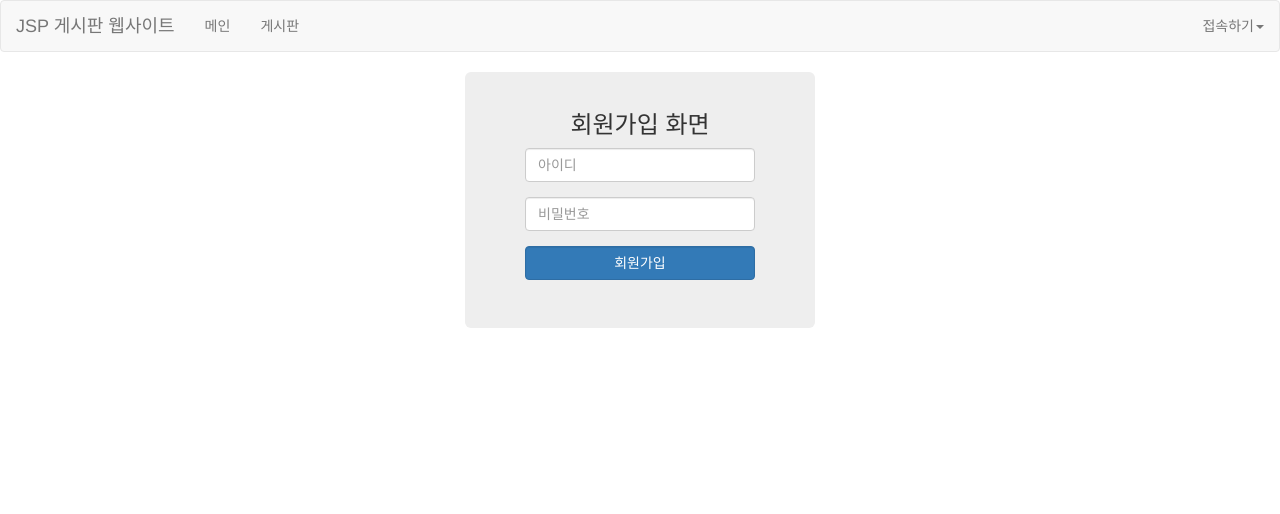
Repository: Minsu9130/JSP-
Page: http://localhost/BBS/join.jsp
An editor plug-in stored every save of this project. The page is shown before and after the next save, followed by the edit.
The browser window is 1280 px wide. The pictures show the whole page.
Some web libraries are served in a nearby version. The page is served by Tomcat 9. Other server files are loaded and not shown.

Above is the page before, as saved 2021-07-05 13:21:49.

### BBS/WebContent/join.jsp
<%@ page language="java" contentType="text/html; charset=UTF-8"
    pageEncoding="UTF-8"%>
<!DOCTYPE html>
<html>
<head>
<meta charset="UTF-8">
<meta name="viewport" content="width=device-width",initial-scale="1">
<link rel="stylesheet" href="css/bootstrap.css">
<title>JSP 게시판 웹 사이트</title>
</head>
<body>
	<nav class="navbar navbar-default">
		<div class="navbar-header">
			<button type="button" class="navbar-toggle collapsed" data-toggle="collapse"
				data-target="#bs-example-navbar-collapse-1" aria-expanded="false">
				<span class="icon-bar"></span>
				<span class="icon-bar"></span>
				<span class="icon-bar"></span>
			</button>
			<a class="navbar-brand" href="main.jsp">JSP 게시판 웹사이트</a>
		</div>
		<div class="collapse navbar-collapse" id="bs-example-navbar-collapse-1">
			<ul class="nav navbar-nav">
				<li><a href="main.jsp">메인</a></li>
				<li><a href="bbs.jsp">게시판</a></li>
			</ul>
			<ul class="nav navbar-nav navbar-right">
				<li class="dropdown">
					<a href="#" class="dropdown-toggle"
						data-toggle="dropdown" role="button" aria-haspopup="true"
						aria-expanded="false">접속하기<span class="caret"></span></a>
					<ul class="dropdown-menu">
						<li class="active"><a href="login.jsp">로그인</a></li>
						<li><a href="join.jsp">회원가입</a></li>
					</ul>
				</li>
			</ul>
		</div>
	</nav>
	<div class="container">
		<div class="col-lg-4"></div>
		<div class="col-lg-4">
			<div class="jumbotron" style="padding-top: 20px;">
				<form method="post" action="loginAction.jsp">
					<h3 style="text-align:center;">회원가입 화면</h3>
					<div class="form-group">
						<input type="text" class="form-control" placeholder="아이디" name="userID" maxlength="20">
					</div>
					<div class="form-group">
						<input type="password" class="form-control" placeholder="비밀번호" name="userPassword" maxlength="20">
					</div>
					<input type="submit" class="btn btn-primary form-control" value="회원가입">
				</form>
			</div>
		</div>
		<div class="col-lg-4"></div>
	</div>
	<script src="https://code.jquery.com/jquery-3.1.1.min.js"></script>
	<script src="js/bootstrap.js"></script>
</body>
</html>

Loaded but not shown: BBS/WebContent/css/bootstrap.css (library); BBS/WebContent/js/bootstrap.js (library)

After the next save:
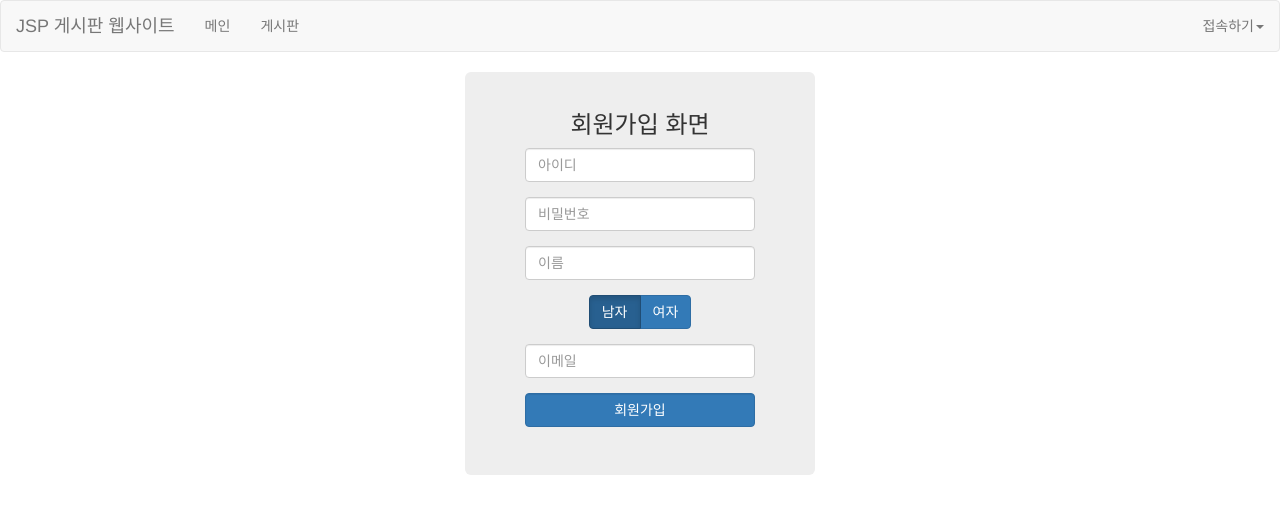
Saved 10 min 3 s later.
--- a/BBS/WebContent/join.jsp
+++ b/BBS/WebContent/join.jsp
@@ -47,7 +47,23 @@
 						<input type="text" class="form-control" placeholder="아이디" name="userID" maxlength="20">
 					</div>
 					<div class="form-group">
-						<input type="password" class="form-control" placeholder="비밀번호" name="userPassword" maxlength="20">
+						<input type="password" class="form-control" placeholder="비밀번호" name="userName" maxlength="20">
+					</div>
+					<div class="form-group">
+						<input type="text" class="form-control" placeholder="이름" name="userPassword" maxlength="20">
+					</div>
+					<div class="form-group" style="text-align: center;">
+						<div class="btn-group" data-toggle="buttons">
+							<label class="btn btn-primary active">
+								<input type="radio" name="userGender" autocomplete="off" value="남자" checked>남자
+							</label>
+							<label class="btn btn-primary">
+								<input type="radio" name="userGender" autocomplete="off" value="여자" checked>여자
+							</label>
+						</div>
+					</div>
+					<div class="form-group">
+						<input type="email" class="form-control" placeholder="이메일" name="userEmail" maxlength="20">
 					</div>
 					<input type="submit" class="btn btn-primary form-control" value="회원가입">
 				</form>
